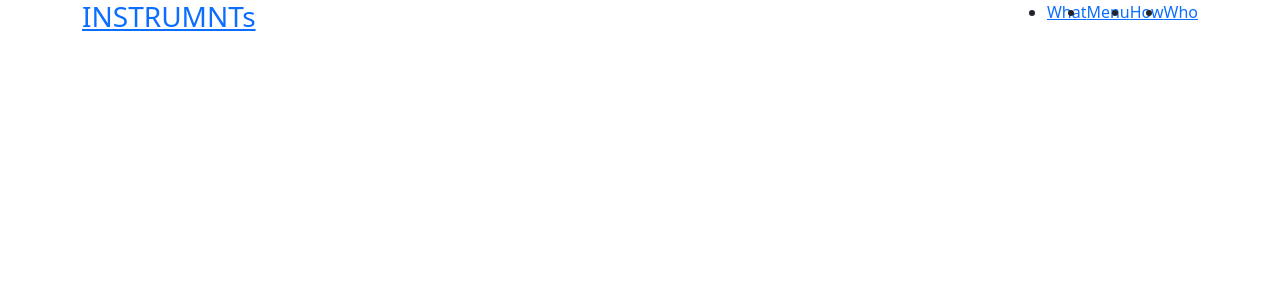
Repository: MazenAhmed0/INST_WebApp
Page: index.html
These files come from the project's save history. The page is drawn as it stood at one moment and after the next save; the edit follows.
The browser window is 1280 px wide. The pictures show the whole page.

Above is the page before, as saved 2024-12-30 17:11:52.

After the next save:
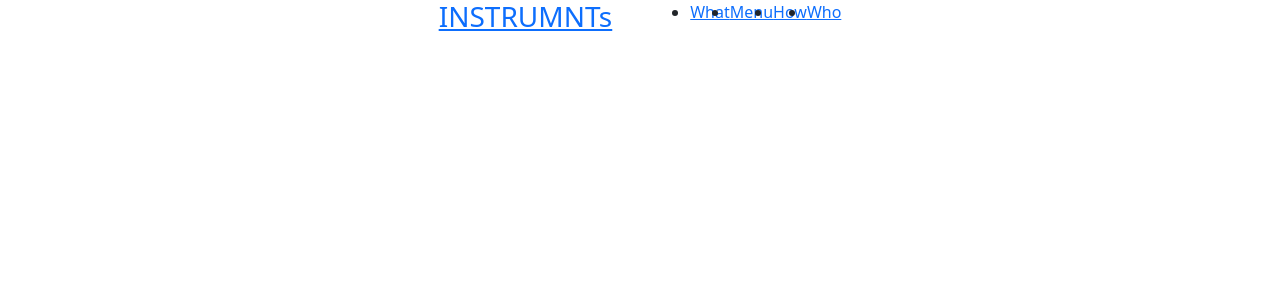
Saved 17 s later.
--- a/index.html
+++ b/index.html
@@ -10,7 +10,7 @@
 <body>
 
     <nav>
-        <div class="container d-flex justify-content-between">
+        <div class="container col-4 d-flex justify-content-between">
             <a href="#"><h3>INSTRUMNTs</h3></a>
             <ul class="d-flex justify-content-between ">
                 <li><a href="#">What</a></li>
